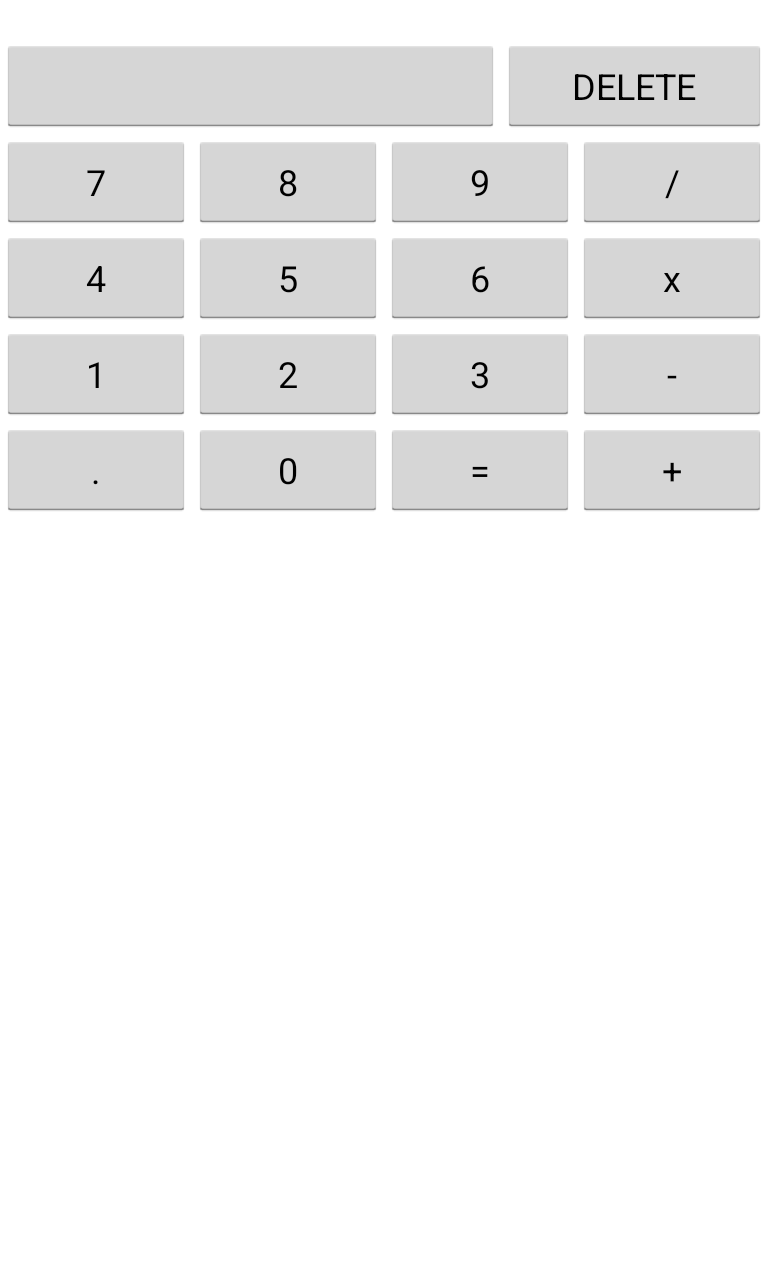
Repository: iracom/ejercicios-android
Layout: Calculadora/res/layout/activity_main.xml
These files come from the project's save history. The layout is drawn as it stood at one moment and after the next save; the edit follows.
It is drawn on a 768 x 1280 px phone screen (xhdpi) without system bars, with theme AppTheme; the app's code is not run.

Above is the layout before, as saved 2014-05-07 10:05:34.

### Calculadora/res/layout/activity_main.xml
<LinearLayout xmlns:android="http://schemas.android.com/apk/res/android"
    xmlns:tools="http://schemas.android.com/tools"
    android:id="@+id/container"
    android:layout_width="match_parent"
    android:layout_height="match_parent"
    android:orientation="vertical">

    <TextView
        android:id="@+id/textView1"
        android:layout_width="match_parent"
        android:layout_height="wrap_content"
        android:text="" />

    <LinearLayout
        android:layout_width="match_parent"
        android:layout_height="wrap_content"
        android:orientation="horizontal" >

        <Button
            android:id="@+id/button2"
            android:layout_width="wrap_content"
            android:layout_height="wrap_content"
            android:layout_weight="4"
            android:text=""
            android:clickable="false"/>

        <Button
            android:id="@+id/btn_delete"
            android:layout_width="wrap_content"
            android:layout_height="wrap_content"
            android:layout_weight="1"
            android:text="@string/borrar" />

    </LinearLayout>

    <LinearLayout
        android:layout_width="match_parent"
        android:layout_height="wrap_content"
        android:orientation="horizontal" >

        <Button
            android:id="@+id/btn_7"
            android:layout_width="wrap_content"
            android:layout_height="wrap_content"
            android:layout_weight="1"
            android:text="@string/siete" />

        <Button
            android:id="@+id/btn_8"
            android:layout_width="wrap_content"
            android:layout_height="wrap_content"
            android:layout_weight="1"
            android:text="@string/ocho" />

        <Button
            android:id="@+id/btn_9"
            android:layout_width="wrap_content"
            android:layout_height="wrap_content"
            android:layout_weight="1"
            android:text="@string/nueve" />

        <Button
            android:id="@+id/btn_div"
            android:layout_width="wrap_content"
            android:layout_height="wrap_content"
            android:layout_weight="1"
            android:text="@string/div" />

    </LinearLayout>

    <LinearLayout
        android:layout_width="match_parent"
        android:layout_height="wrap_content"
        android:orientation="horizontal" >

        <Button
            android:id="@+id/btn_4"
            android:layout_width="wrap_content"
            android:layout_height="wrap_content"
            android:layout_weight="1"
            android:text="@string/cuatro" />

        <Button
            android:id="@+id/btn_5"
            android:layout_width="wrap_content"
            android:layout_height="wrap_content"
            android:layout_weight="1"
            android:text="@string/cinco" />

        <Button
            android:id="@+id/btn_6"
            android:layout_width="wrap_content"
            android:layout_height="wrap_content"
            android:layout_weight="1"
            android:text="@string/seis" />

        <Button
            android:id="@+id/btn_mul"
            android:layout_width="wrap_content"
            android:layout_height="wrap_content"
            android:layout_weight="1"
            android:text="@string/mul" />

    </LinearLayout>

    <LinearLayout
        android:layout_width="match_parent"
        android:layout_height="wrap_content"
        android:orientation="horizontal" >

        <Button
            android:id="@+id/btn_1"
            android:layout_width="wrap_content"
            android:layout_height="wrap_content"
            android:layout_weight="1"
            android:text="@string/uno" />

        <Button
            android:id="@+id/btn_2"
            android:layout_width="wrap_content"
            android:layout_height="wrap_content"
            android:layout_weight="1"
            android:text="@string/dos" />

        <Button
            android:id="@+id/btn_3"
            android:layout_width="wrap_content"
            android:layout_height="wrap_content"
            android:layout_weight="1"
            android:text="@string/tres" />

        <Button
            android:id="@+id/btn_res"
            android:layout_width="wrap_content"
            android:layout_height="wrap_content"
            android:layout_weight="1"
            android:text="@string/res" />

    </LinearLayout>

    <LinearLayout
        android:layout_width="match_parent"
        android:layout_height="wrap_content"
        android:orientation="horizontal" >

        <Button
            android:id="@+id/btn_punto"
            android:layout_width="wrap_content"
            android:layout_height="wrap_content"
            android:layout_weight="1"
            android:text="@string/punto" />

        <Button
            android:id="@+id/btn_0"
            android:layout_width="wrap_content"
            android:layout_height="wrap_content"
            android:layout_weight="1"
            android:text="@string/cero" />

        <Button
            android:id="@+id/btn_igual"
            android:layout_width="wrap_content"
            android:layout_height="wrap_content"
            android:layout_weight="1"
            android:text="@string/igual" />

        <Button
            android:id="@+id/btn_sum"
            android:layout_width="wrap_content"
            android:layout_height="wrap_content"
            android:layout_weight="1"
            android:text="@string/sum" />

    </LinearLayout>

</LinearLayout>

### Calculadora/res/values/strings.xml
<?xml version="1.0" encoding="utf-8"?>
<resources>

    <string name="app_name">Calculadora</string>
    <string name="hello_world">Hello world!</string>
    <string name="action_settings">Settings</string>
    <string name="borrar">DELETE</string>
    <string name="uno">1</string>
    <string name="dos">2</string>
    <string name="tres">3</string>
    <string name="cuatro">4</string>
    <string name="cinco">5</string>
    <string name="seis">6</string>
    <string name="siete">7</string>
    <string name="ocho">8</string>
    <string name="nueve">9</string>
    <string name="cero">0</string>
    <string name="sum">+</string>
    <string name="res">-</string>
    <string name="mul">x</string>
    <string name="div">/</string>
    <string name="igual">=</string>
    <string name="punto">.</string>

</resources>

Loaded but not shown: Calculadora/res/values/styles.xml (common file); Calculadora/res/values-v11/styles.xml (common file); Calculadora/res/values-v14/styles.xml (common file)

After the next save:
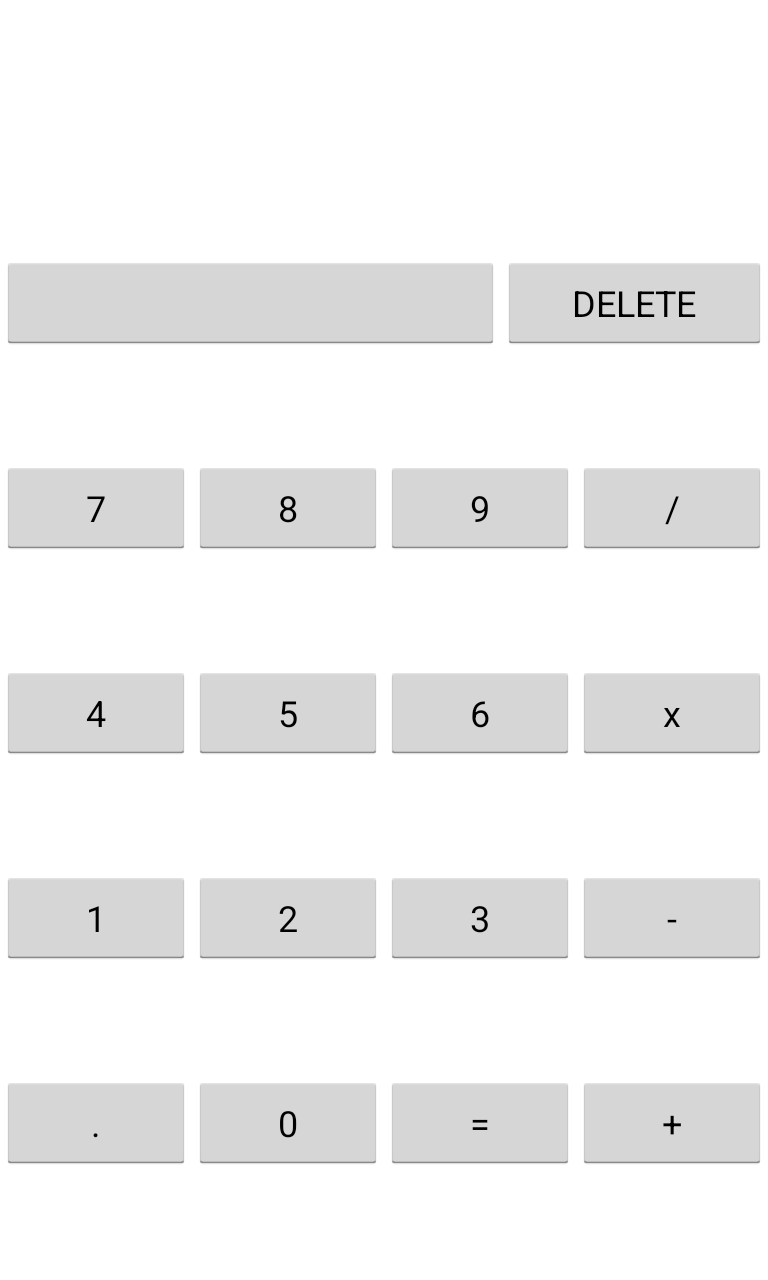
Saved 46 s later.
--- a/Calculadora/res/layout/activity_main.xml
+++ b/Calculadora/res/layout/activity_main.xml
@@ -9,11 +9,13 @@
         android:id="@+id/textView1"
         android:layout_width="match_parent"
         android:layout_height="wrap_content"
+        android:layout_weight="2"
         android:text="" />
 
     <LinearLayout
         android:layout_width="match_parent"
         android:layout_height="wrap_content"
+        android:layout_weight="1"
         android:orientation="horizontal" >
 
         <Button
@@ -36,6 +38,7 @@
     <LinearLayout
         android:layout_width="match_parent"
         android:layout_height="wrap_content"
+        android:layout_weight="1"
         android:orientation="horizontal" >
 
         <Button
@@ -71,6 +74,7 @@
     <LinearLayout
         android:layout_width="match_parent"
         android:layout_height="wrap_content"
+        android:layout_weight="1"
         android:orientation="horizontal" >
 
         <Button
@@ -106,6 +110,7 @@
     <LinearLayout
         android:layout_width="match_parent"
         android:layout_height="wrap_content"
+        android:layout_weight="1"
         android:orientation="horizontal" >
 
         <Button
@@ -141,6 +146,7 @@
     <LinearLayout
         android:layout_width="match_parent"
         android:layout_height="wrap_content"
+        android:layout_weight="1"
         android:orientation="horizontal" >
 
         <Button
